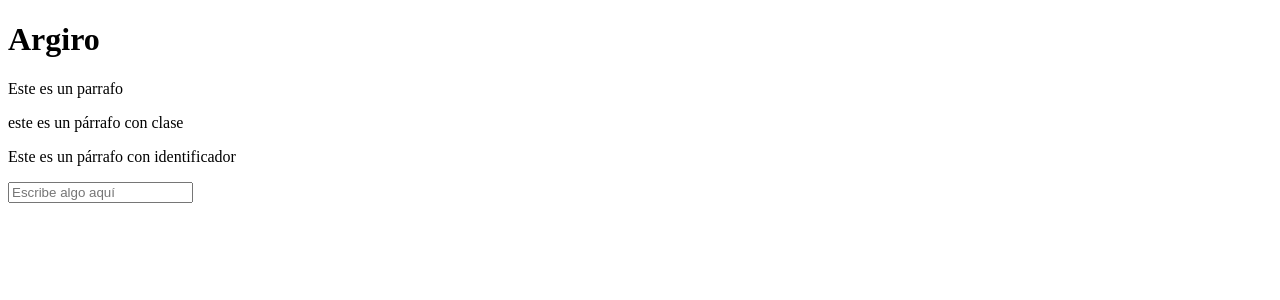
Repository: elto82/NuevoCursoPr-cticodeJavaScript
Page: index.html
An editor plug-in stored every save of this project. The page is shown before and after the next save, followed by the edit.
The browser window is 1280 px wide. The pictures show the whole page.

Above is the page before, as saved 2022-09-09 08:27:36.

### index.html
<!DOCTYPE html>
<html lang="en">
<head>
  <meta charset="UTF-8">
  <meta http-equiv="X-UA-Compatible" content="IE=edge">
  <meta name="viewport" content="width=device-width, initial-scale=1.0">
  <title>Manipulación Del DOM Básica</title>
</head>
<body>
  <h1>Manipulación Del DOM Básica</h1>

  <p>Este es un parrafo</p>
  <p class="parrafo">este es un párrafo con clase</p>
  <p id="pid">Este es un párrafo con identificador</p>

  <input placeholder="Escribe algo aquí" type="text" name="" id="">

  <script src="./main.js"></script>
</body>
</html>

### main.js


const h1 = document.querySelector('h1')
const p = document.querySelector('p')
const parrafo = document.querySelector('.parrafo')
const pid = document.querySelector('#pid')
const input = document.querySelector('input')

console.log({
  h1,
  p,
  parrafo,
  pid,
  input,
});

h1.innerHTML = 'Argiro '

After the next save:
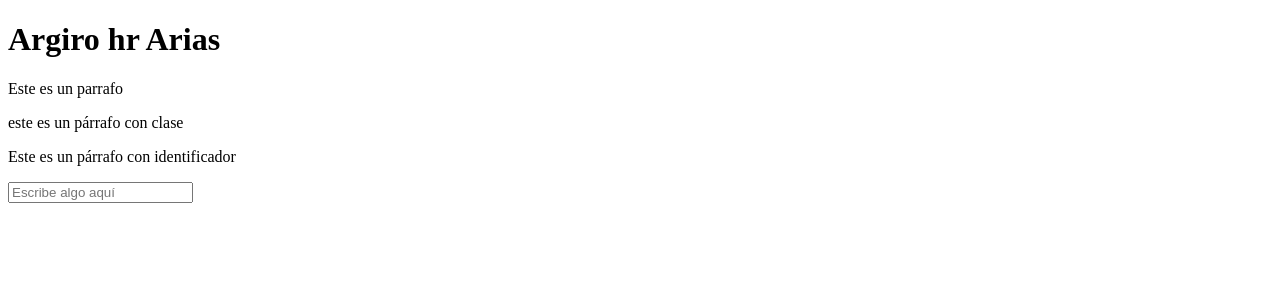
Saved 33 s later.
--- a/main.js
+++ b/main.js
@@ -14,4 +14,4 @@ console.log({
   input,
 });
 
-h1.innerHTML = 'Argiro '
+h1.innerHTML = 'Argiro hr Arias'
